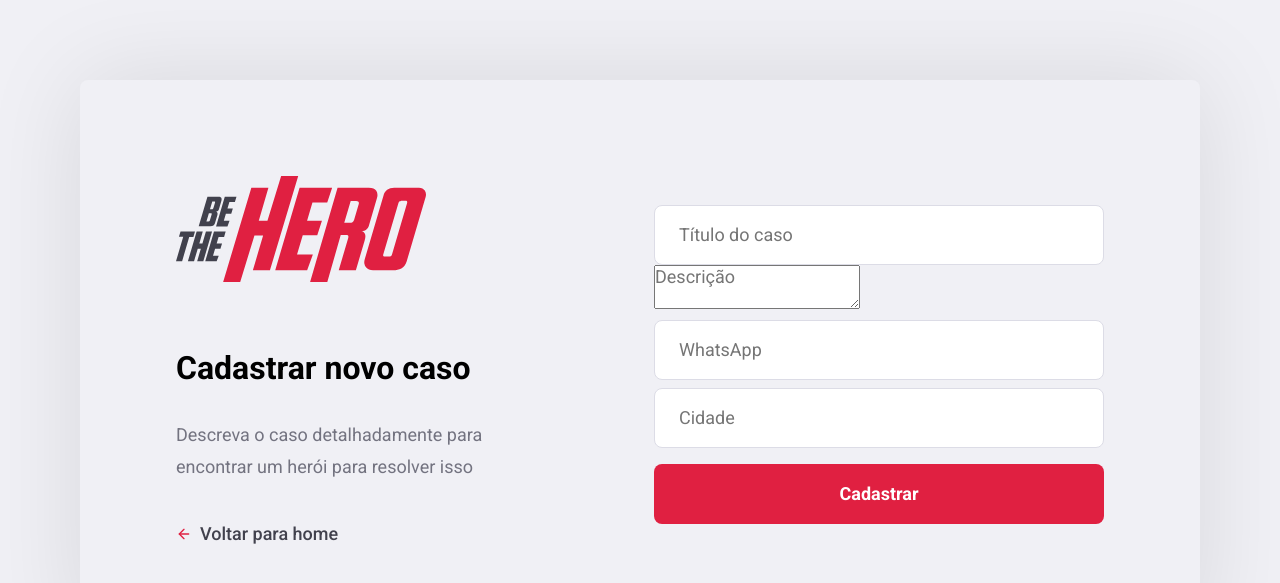
Repository: lucas-silva-dev/be-the-hero
Page: /incidents/new (app in frontend/)
These files come from the project's save history. The page is drawn as it stood at one moment and after the next save; the edit follows.
The browser window is 1280 px wide. The pictures show the whole page.
The project was rebuilt for these pictures with package versions that can differ from the ones it lists, and the page was loaded fresh each time. Also part of the build but not shown: frontend/src/pages/Logon/styles.css, frontend/src/pages/Logon/index.js, frontend/src/pages/Register/styles.css, frontend/src/pages/Register/index.js, frontend/src/pages/Profile/styles.css, frontend/src/pages/Profile/index.js.

Above is the page before, as saved 2020-03-25 23:59:08.

After the next save:
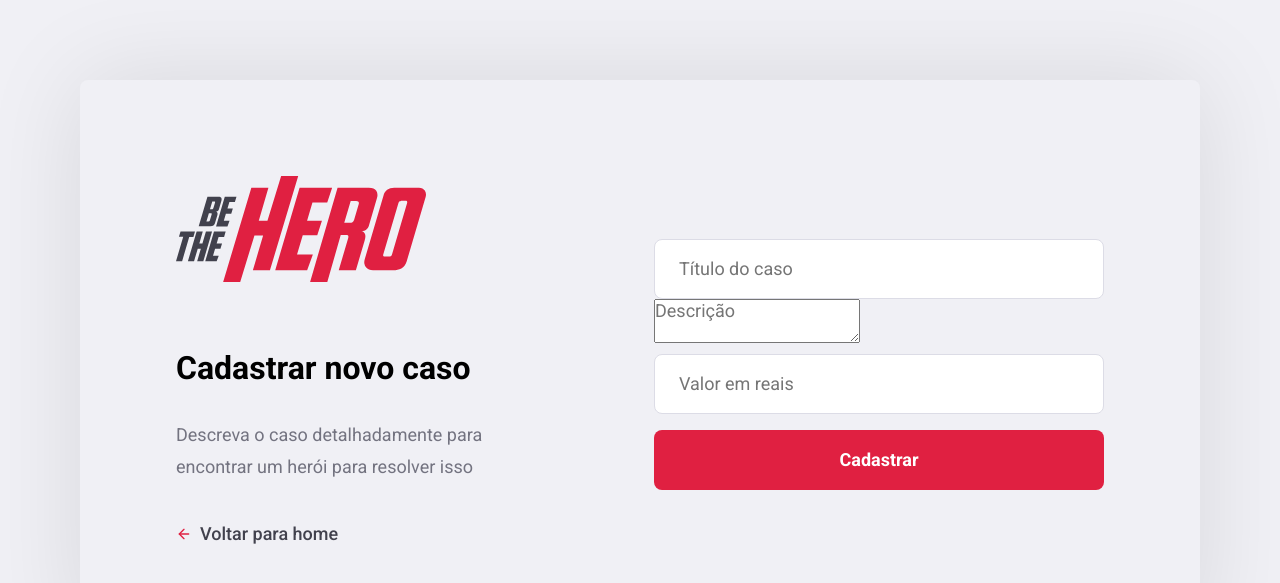
Saved 19 s later.
--- a/frontend/src/pages/NewIncident/index.js
+++ b/frontend/src/pages/NewIncident/index.js
@@ -26,8 +26,8 @@ export default function NewIncident() {
         <form >
           <input placeholder="Título do caso" />
           <textarea type="email" placeholder="Descrição" />
-          <input placeholder="WhatsApp" />
-          <input placeholder="Cidade" />
+          <input placeholder="Valor em reais" />
+
           <button className="button" >
             Cadastrar
           </button>
